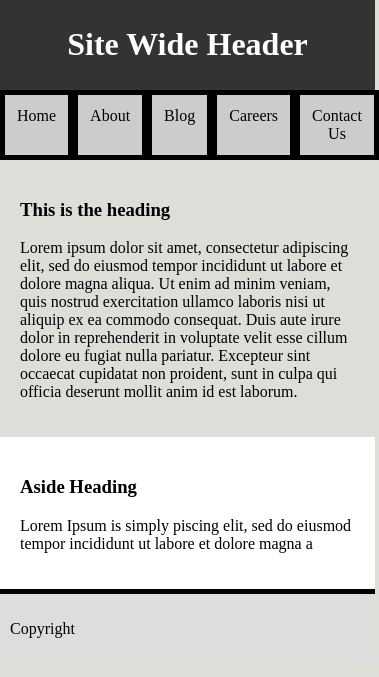
Repository: ayeza-baseer/AssignmentFlexbox
Page: assignment.html
These files come from the project's save history. The page is drawn as it stood at one moment and after the next save; the edit follows.
The browser window is 375 px wide. The page is 379 px wide, then 375 px, so the pictures cover 379 px, including what lies to the right of the window. The pictures show the whole page.

Above is the page before, as saved 2023-03-17 14:44:27.

### assignment.html
<!DOCTYPE html>
<html lang="en">
<head>
    <title>Assignment</title>
    <link rel="stylesheet" href="assignment.css">


</head>
<body>
<div>
    <header class="header"><h1>
        Site Wide Header
    </h1></header>
    <div class="navbar">
        <a href="#">Home</a>
        <a href="#">About</a>
        <a href="#">Blog</a>
        <a href="#">Careers</a>
        <a href="#">Contact Us</a>
      </div>
    <div class="row">
      <div class="main">
        <h3>This is the heading</h3>
        <p>Lorem ipsum dolor sit amet, consectetur adipiscing elit, sed do eiusmod tempor incididunt ut labore et dolore magna aliqua. Ut enim ad minim veniam, quis nostrud exercitation ullamco laboris nisi ut aliquip ex ea commodo consequat. Duis aute irure dolor in reprehenderit in voluptate velit esse cillum dolore eu fugiat nulla pariatur. Excepteur sint occaecat cupidatat non proident, sunt in culpa qui officia deserunt mollit anim id est laborum.</p>
      </div>
      <div class="aside">
        <h3>Aside Heading</h3>
        <p>Lorem Ipsum is simply  piscing elit, sed do eiusmod tempor incididunt ut labore et dolore magna a</p>
      </div>
    </div>
</div>

<footer class="footer">
    <p>Copyright</p>
</footer>

</body>
</html>

### assignment.css
.header {
  padding: 5px;
  background-color: #333;
  color: #ccc;

  text-align: center;

  color: white;
}

body {
  margin: 0;
  background-color: #deded8;
}

.navbar {
  display: flex;
  background-color: black;
}

.navbar a {
  color: black;

  background-color: #ccc;
  padding: 12px 12px;
  text-decoration: none;
  text-align: center;
  flex-grow: 1;
  border: 5px solid black;
}

.navbar a:hover {
  color: red;
  border: 5px solid red;
}

.row {
  display: flex;
  flex-direction: row;
}

.aside {
  flex: 1 1 30%;
  background-color: white;

  padding: 20px;
}

/* Main column */
.main {
  flex: 1 1 70%;
  padding: 20px;
}

.footer {

    padding: 10px;
    border-top: 5px solid black;
    background: #ddd;
  }




  @media  screen and (max-width: 425px) {
    .row {
        flex-direction: column;
      }
  }

After the next save:
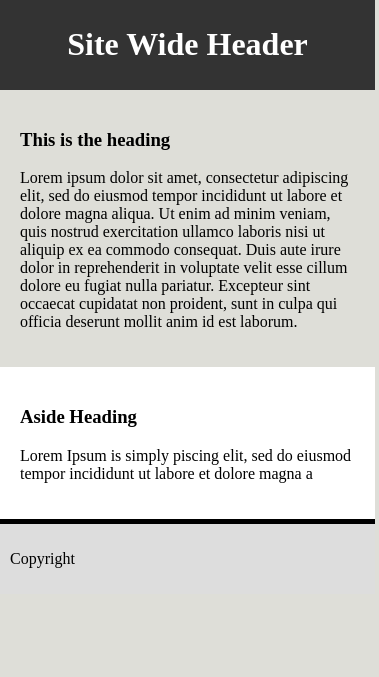
Saved 2 min 10 s later.
--- a/assignment.css
+++ b/assignment.css
@@ -66,4 +66,8 @@ body {
     .row {
         flex-direction: column;
       }
+
+      .navbar{
+        display: none;
+      }
   }
